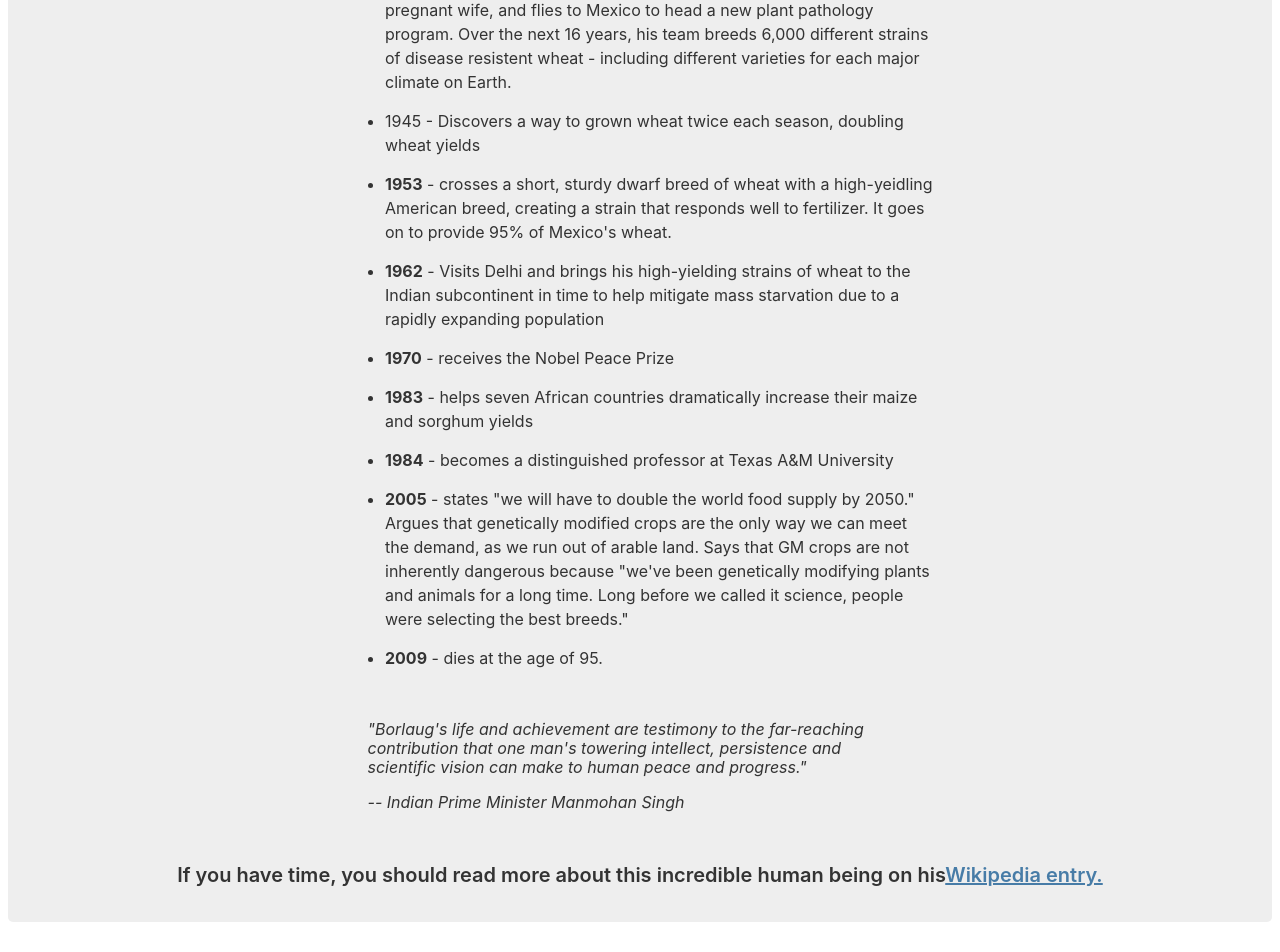
Repository: Lungdjos/tribute-page-certificate
Page: index.html
An editor plug-in stored every save of this project. The page is shown before and after the next save, followed by the edit.
The browser window is 1280 px wide. The pictures show the part of the page from y = 1178 to 2130 px (the page is 2130 px tall).
A picture or video elsewhere on the page could not be fetched, so the positions and the page height are approximate.

Above is the page before, as saved 2023-10-30 14:58:16.

### index.html
<!DOCTYPE html>
<html lang="en">

<head>
    <meta charset="UTF-8">
    <meta name="viewport" content="width=device-width, initial-scale=1.0">
    <title>Tribute Page</title>
    <link rel="stylesheet" href="styles.css">
</head>

<body>
    <main id="main">
        <h1 id="title">Dr. Norman Borlaug</h1>
        <p>The man who saved a billion lives</p>
        <div id="img-div">
            <img id="image" src="https://cdn.freecodecamp.org/testable-projects-fcc/images/tribute-page-main-image.jpg" alt="">
            <figcaption id="img-caption">Dr. Norman Borlaug, third from the left, trains biologists in Mexico on how to increase wheat yields - part of his life-long war on hunger.</figcaption>
        </div>
        <div id="tribute-info">
            <h2 class="sub-heading">Here's a time line of Dr. Borlaug's life:</h2>
            <ul>
                <li><strong>1914</strong> - Born in Cresco, lowa</li>
                <li><strong>1933</strong> - Leaves his family's farm to attend the University of Minnesota, thanks to a Depression era program known as the "National Youth Administration"</li>
                <li><strong>1935</strong> - Has to stop school and save up more money. Works in the Civilian Conservation Corps, helping starving Americans. "I saw how food changed them", he said. "All of this left scars on me."</li>
                <li><strong>1937</strong> - Finishes university and takes a job in the US Forestry Service</li>
                <li><strong>1938</strong> - Marries wife of 69 years Margret Gibson. Gets laid off due to budget cuts. Inspired by Elvin Charles Stakman, he returns to school study under Stakman, who teaches him about breeding pest-resistent plants.</li>
                <li><strong>1941</strong> - Tries to enroll in the military after the Pearl Harbor attack, but is rejected. Instead, the military asked his lab to work on waterproof glue, DDT to control malaria, disinfectants, and other applied science.</li>
                <li><strong>1942</strong> - Receives a Ph.D. in Genetics and Plant Pathology</li>
                <li><strong>1944</strong> - Rejects a 100% salary increase from Dupont, leaves behind his pregnant wife, and flies to Mexico to head a new plant pathology program. Over the next 16 years, his team breeds 6,000 different strains of disease
                    resistent wheat - including different varieties for each major climate on Earth.</li>
                <li>1945<strong></strong> - Discovers a way to grown wheat twice each season, doubling wheat yields</li>
                <li><strong>1953</strong> - crosses a short, sturdy dwarf breed of wheat with a high-yeidling American breed, creating a strain that responds well to fertilizer. It goes on to provide 95% of Mexico's wheat.</li>
                <li><strong>1962</strong> - Visits Delhi and brings his high-yielding strains of wheat to the Indian subcontinent in time to help mitigate mass starvation due to a rapidly expanding population</li>
                <li><strong>1970</strong> - receives the Nobel Peace Prize</li>
                <li><strong>1983</strong> - helps seven African countries dramatically increase their maize and sorghum yields</li>
                <li><strong>1984</strong> - becomes a distinguished professor at Texas A&M University</li>
                <li><strong>2005</strong> - states "we will have to double the world food supply by 2050." Argues that genetically modified crops are the only way we can meet the demand, as we run out of arable land. Says that GM crops are not inherently
                    dangerous because "we've been genetically modifying plants and animals for a long time. Long before we called it science, people were selecting the best breeds."</li>
                <li><strong>2009</strong> - dies at the age of 95.</li>

            </ul>
            <blockquote cite="http://news.rediff.com/report/2009/sep/14/pm-pays-tribute-to-father-of-green-revolution-borlaug.htm">
                <p>
                    "Borlaug's life and achievement are testimony to the far-reaching contribution that one man's towering intellect, persistence and scientific vision can make to human peace and progress."
                </p>
                <cite>-- Indian Prime Minister Manmohan Singh</cite>
            </blockquote>
            <p class="foot">If you have time, you should read more about this incredible human being on his<a href="https://en.wikipedia.org/wiki/Norman_Borlaug" target="_blank" id="tribute-link">Wikipedia entry.</a></p>
        </div>
    </main>

</body>

</html>

### styles.css
    html {
        font-size: 10px;
    }

    body {
        background: #fff;
        text-align: center;
        color: #333;
        margin: 0;
        line-height: 1.2;
        font-size: 1.6rem;
        font-family: -apple-system, BlinkMacSystemFont, 'Segoe UI', 'Roboto', 'Helvetica Neue', Arial, sans-serif;
    }

    h1 {
        font-size: 4rem;
        margin-top: 0;
    }

    @media (max-width: 40px) {
        h1 {
            font-size: 3.5rem;
            line-height: 1.2;
        }
    }

    h2 {
        font-size: 3.23rem;
    }

    #main {
        background: #eee;
        margin: 30px 8px;
        border-radius: 5px;
        padding: 15px;
    }

    @media (max-width: 460px) {
        #main {
            margin: 0;
        }
    }
    /* image styling */

    #img-div {
        background: #fff;
        padding: 10px;
        margin: 0;
    }

    #img-caption {
        margin: 15px 0;
    }

    @media (max-width: 460px) {
        #img-caption {
            font-size: 1.4rem;
        }
    }

    .sub-heading {
        margin: 50px 0;
        text-align: center;
    }

    img {
        max-width: 100%;
        display: block;
        height: auto;
        margin: 0 auto;
    }
    /* tribute infomation */

    #tribute-info ul {
        line-height: 1.5;
        text-align: left;
        margin: 0 auto 50px auto;
        max-width: 550px;
    }

    li {
        margin: 15px 0;
    }
    /* styling at the bottom */

    blockquote {
        font-style: italic;
        max-width: 545px;
        margin: 0 auto 50px auto;
        text-align: left;
    }

    a {
        color: #477ca7;
    }

    a:visited {
        color: #74638f;
    }

    .foot {
        font-size: 20px;
        font-weight: 600;
    }

After the next save:
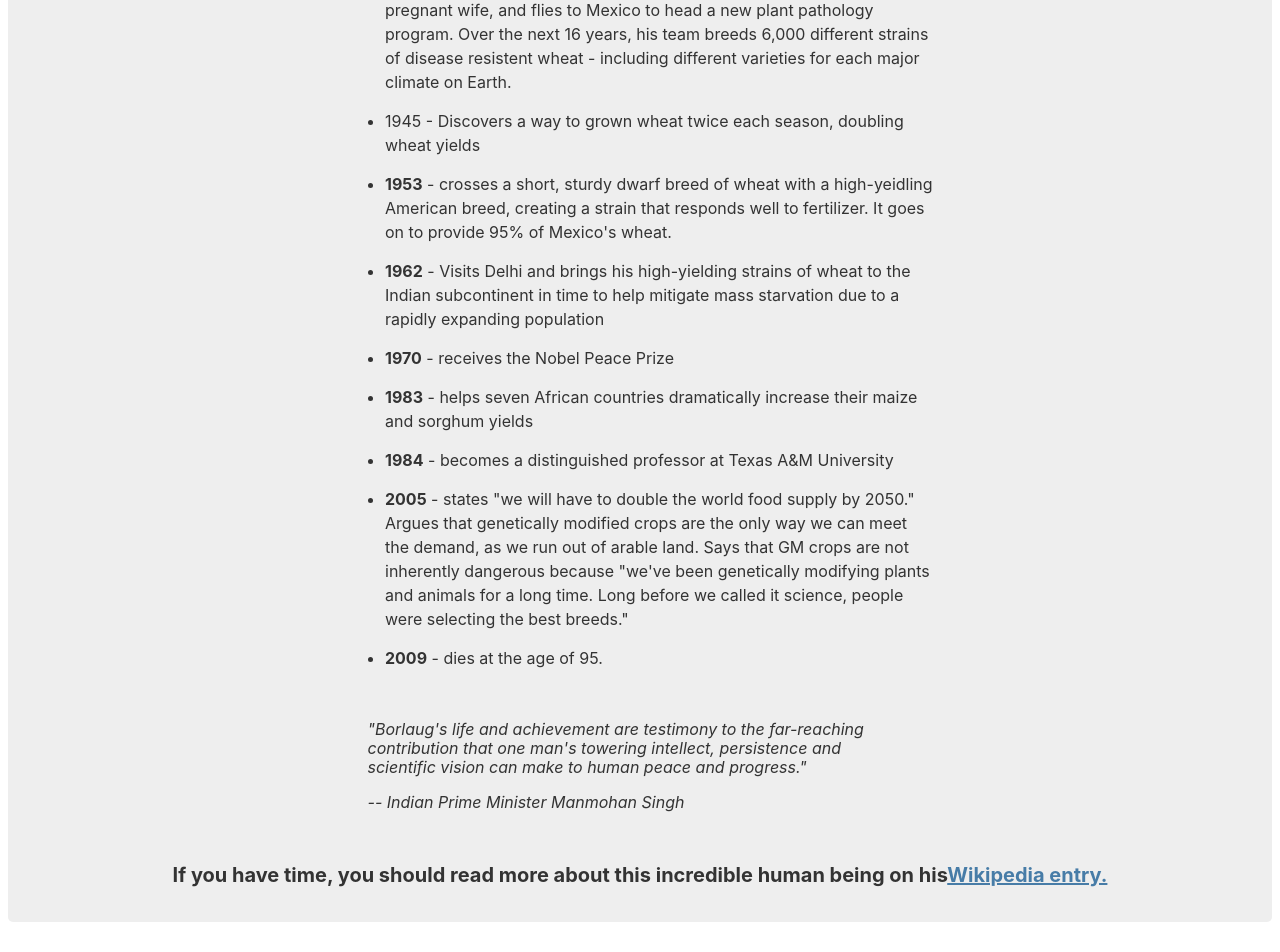
Saved 11 s later.
--- a/styles.css
+++ b/styles.css
@@ -100,5 +100,5 @@
 
     .foot {
         font-size: 20px;
-        font-weight: 600;
+        font-weight: 700;
     }
